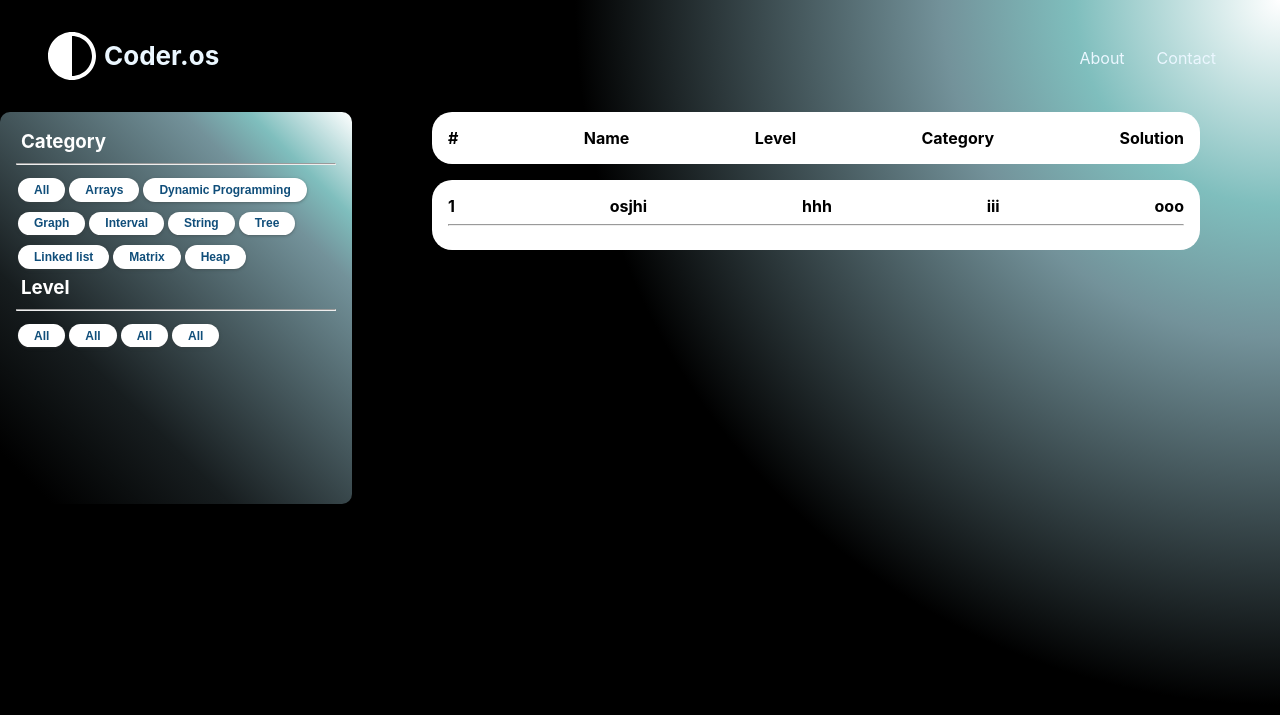
Repository: xoshiraghavx/Coder.os
Page: / (app in my-app/)
The author's editor kept a copy of each file at every save. The page is drawn from the files as they stood at one save, then again after a run of saves.
The browser window is 1280 px wide. The pictures show the whole page.
The project was rebuilt for these pictures with package versions that can differ from the ones it lists, and the page was loaded fresh each time. Also part of the build but not shown: my-app/src/components/Home/Home.jsx.

Above is the page before, as saved 2022-12-17 03:24:07.

After the next 5 saves:
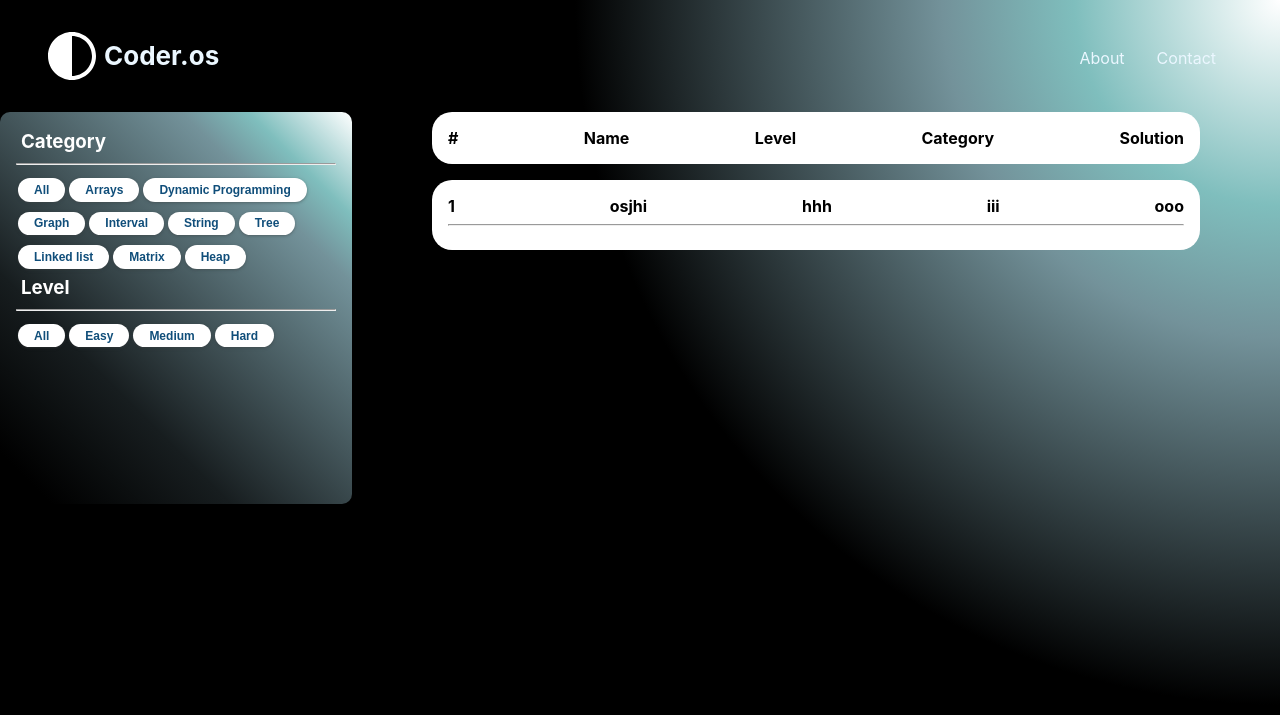
The 5 saves are shown as one change because 1 did not build or start and some came seconds apart.
The last was saved 20 s later.
--- a/my-app/src/components/MainPage/FilterSection.jsx
+++ b/my-app/src/components/MainPage/FilterSection.jsx
@@ -72,7 +72,7 @@
         <div className="level-buttons">
           {
             Level.map((level)=>(
-              <button className="buttons">All</button>
+              <button className="buttons">{level.Name}</button>
             ))
           }
 
